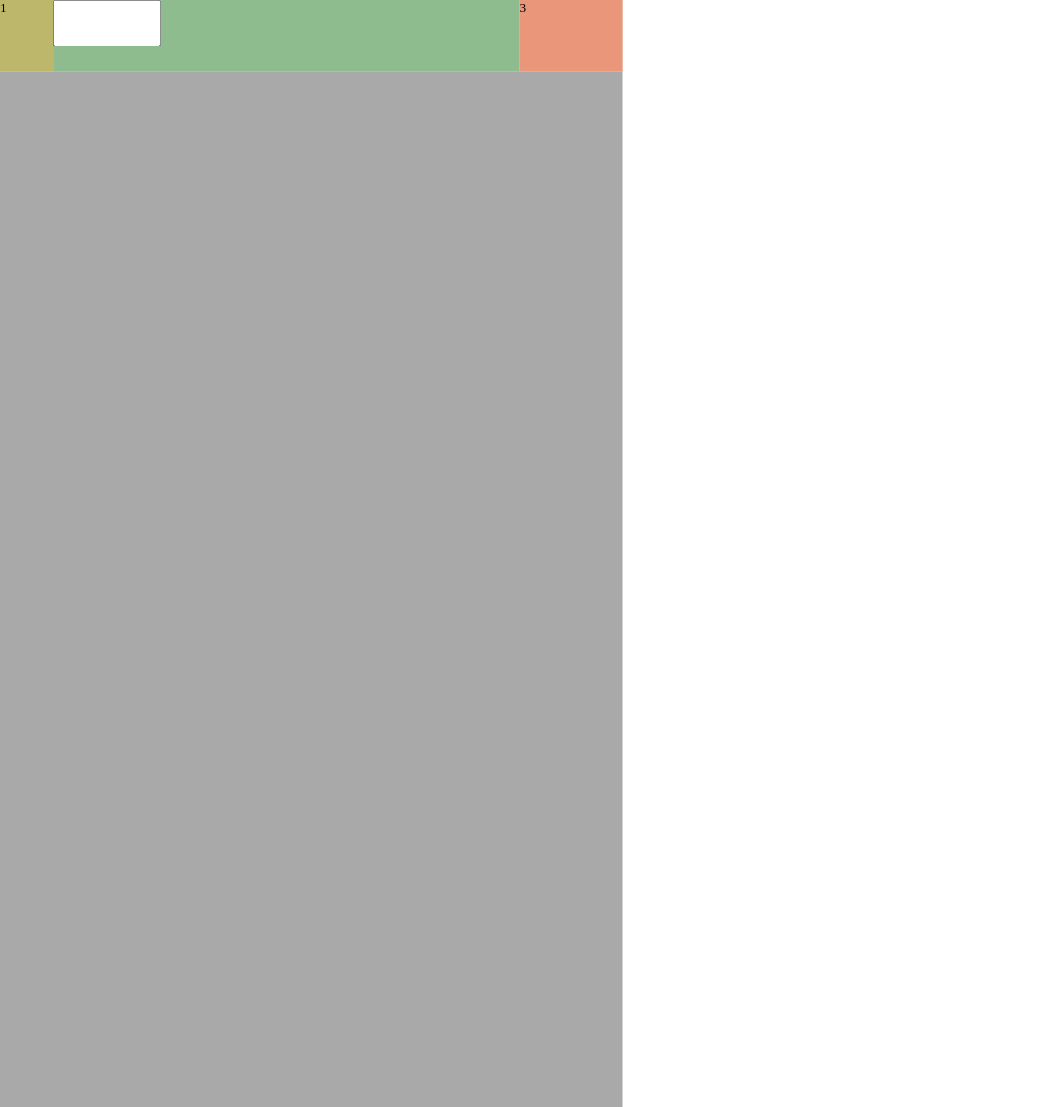
Repository: GitHub-dev666/muke-qunaer
Page: /
These files come from the project's save history. The page is drawn as it stood at one moment and after the next save; the edit follows.
The browser window is 1280 px wide. The pictures show the whole page, at 83% of full size.
The project was rebuilt for these pictures with package versions that can differ from the ones it lists, and the page was loaded fresh each time. Also part of the build but not shown: vue.config.js.

Above is the page before, as saved 2021-02-10 22:07:56.

After the next save:
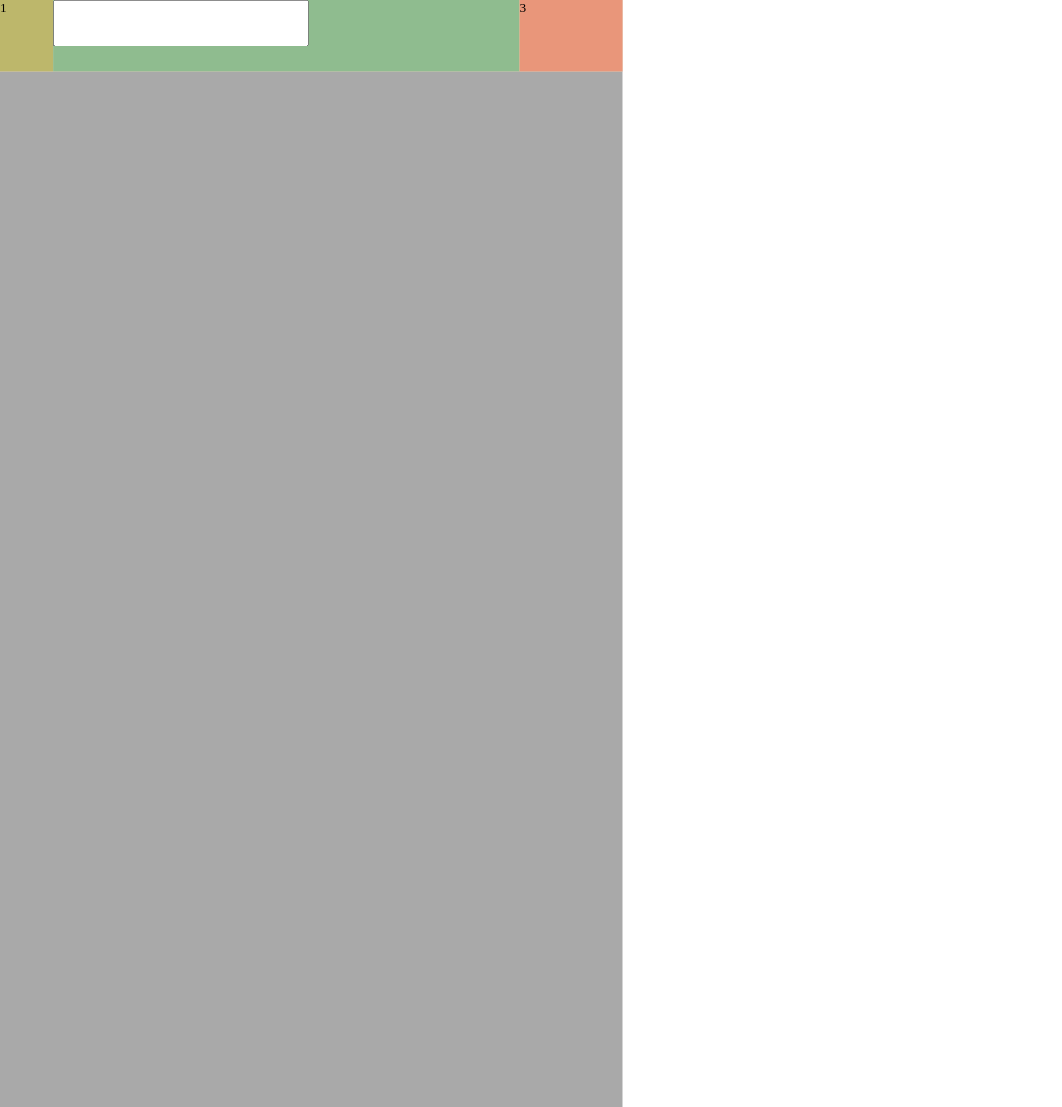
Saved 22 s later.
--- a/src/components/home/homeheader.vue
+++ b/src/components/home/homeheader.vue
@@ -27,7 +27,7 @@ export default {}
             height: 86px;
             background-color: darkseagreen;
             input{
-                width: 122px;
+                width: 300px;
                 height: 50px;
             }
         }
